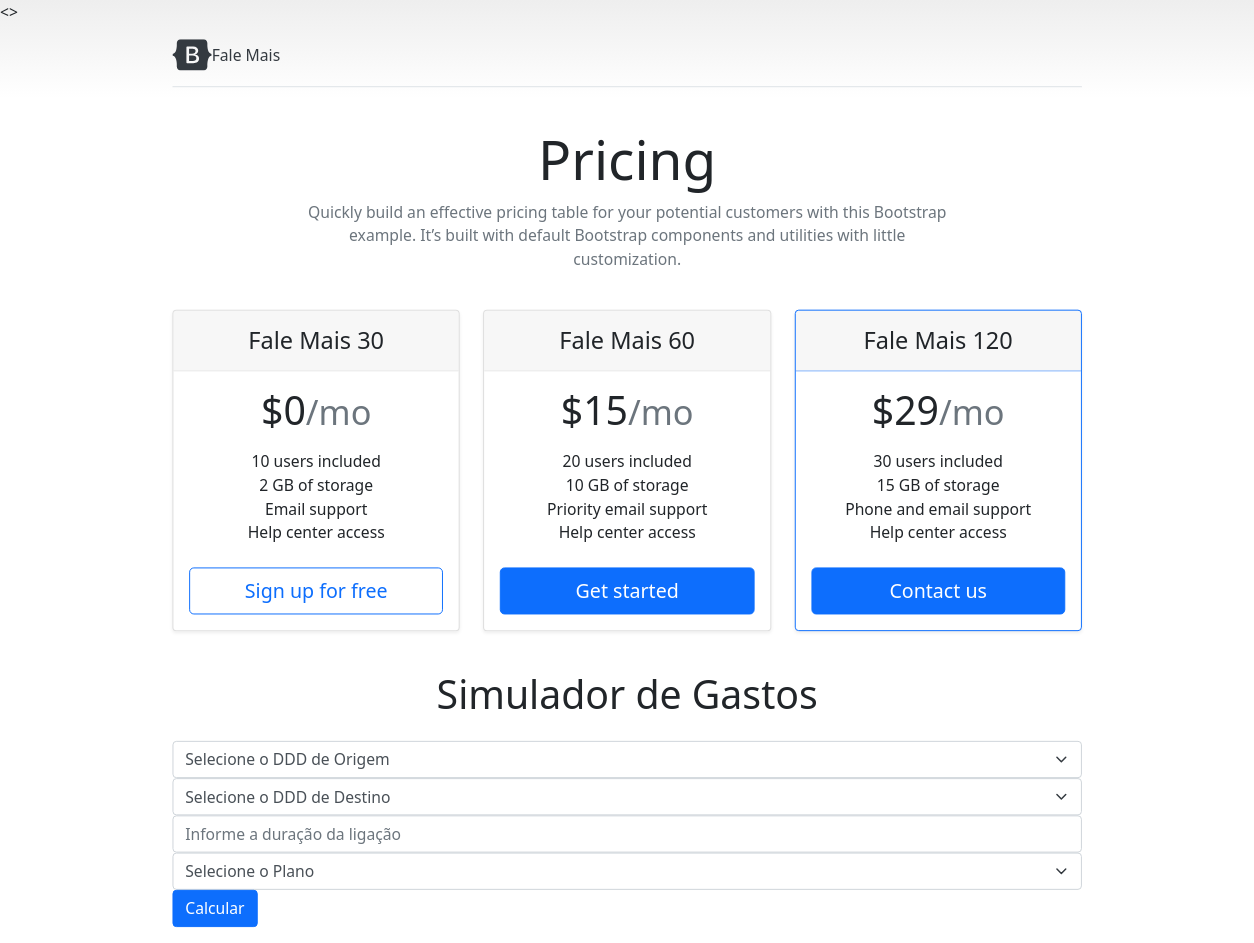
Repository: JuniorMagalhaesDeAlcantara/Fale-Mais
Page: src/resource/index.html
The author's editor kept a copy of each file at every save. The page is drawn from the files as they stood at one save, then again after the next save.
The browser window is 1280 px wide. The pictures show the whole page, at 98% of full size.

Above is the page before, as saved 2022-08-02 15:11:21.

After the next save:
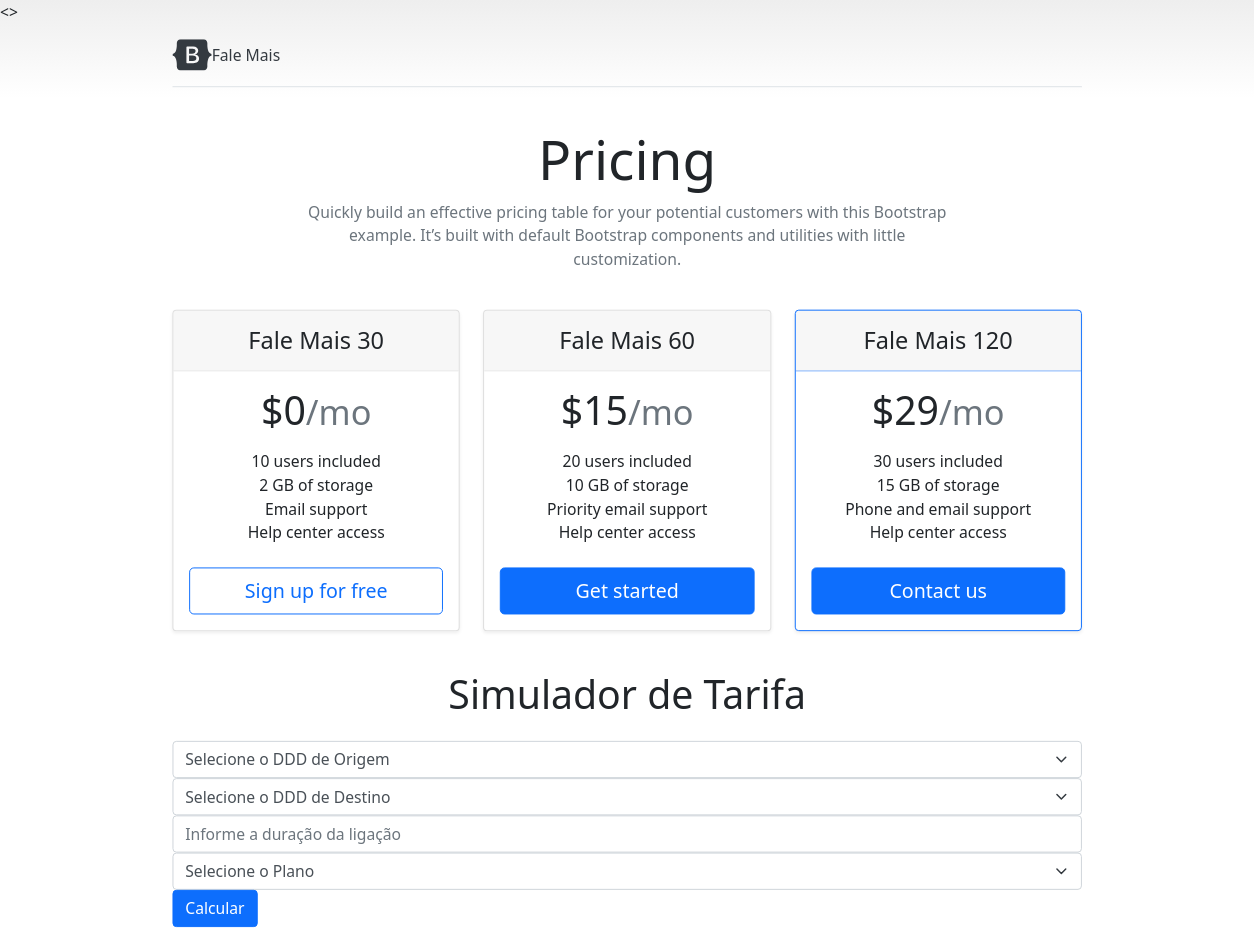
Saved 23 s later.
--- a/src/resource/index.html
+++ b/src/resource/index.html
@@ -93,7 +93,7 @@
         </div>
       </div>
 
-      <h2 class="display-6 text-center mb-4">Simulador de Gastos</h2>
+      <h2 class="display-6 text-center mb-4">Simulador de Tarifa</h2>
 <form>
       <select class="form-select" aria-label="Default select example">
         <option selected>Selecione o DDD de Origem</option>
